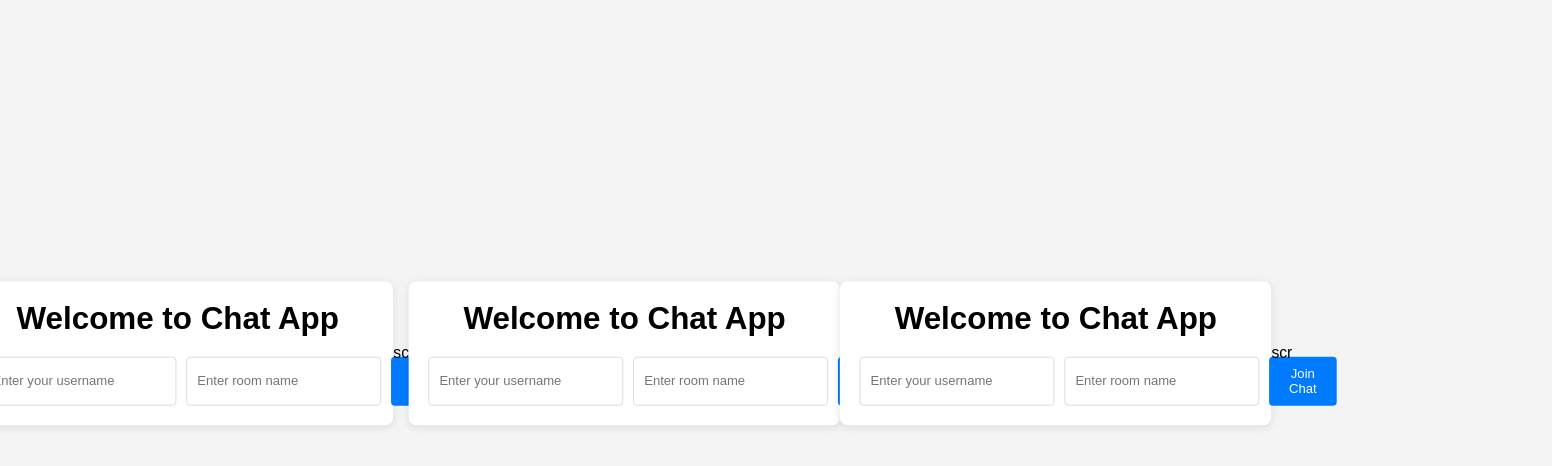
Repository: nikhil-kamboj420/Live-Chat-App
Page: index.html
An editor plug-in stored every save of this project. The page is shown before and after the next save, followed by the edit.
The browser window is 1280 px wide. The page is 1364 px wide, then 1584 px, so the pictures cover 1584 px, including what lies to the right of the window. The pictures show the whole page, at 98% of full size.

Above is the page before, as saved 2024-11-16 16:55:01.
Console error: TypeError: Cannot set properties of null (setting 'innerText')

After the next save:
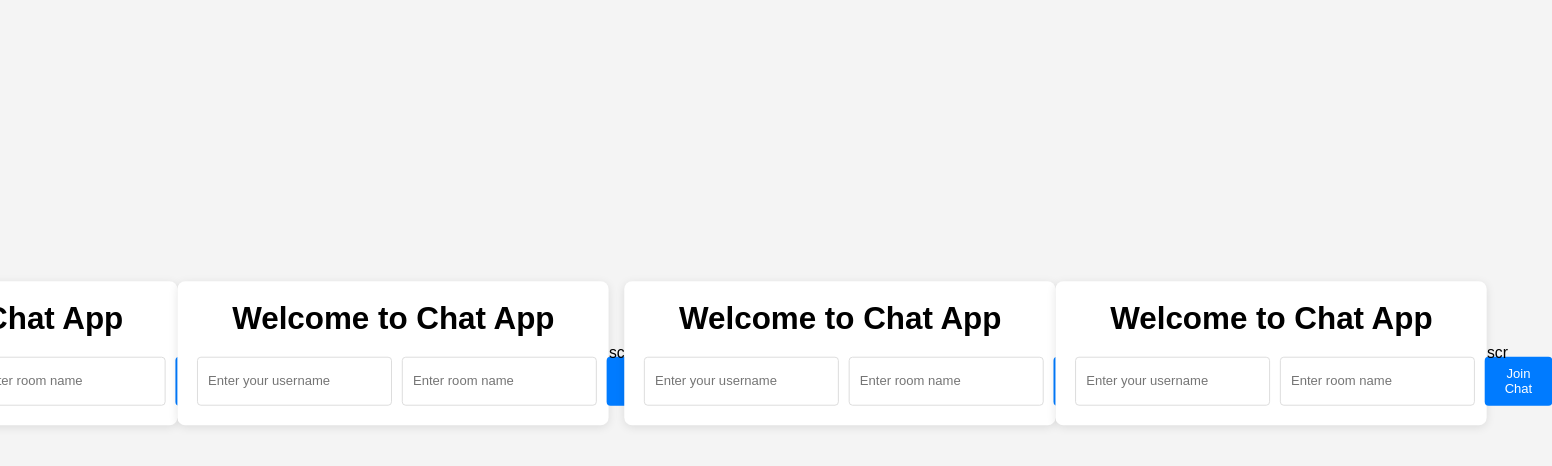
Saved 7 s later.
--- a/index.html
+++ b/index.html
@@ -1,3 +1,32 @@
+<!DOCTYPE html>
+<html lang="en">
+<head>
+  <meta charset="UTF-8">
+  <meta name="viewport" content="width=device-width, initial-scale=1.0">
+  <title>Chat App - Home</title>
+  <link rel="stylesheet" href="style.css">
+</head>
+<body>
+  <div class="container">
+    <h1>Welcome to Chat App</h1>
+    <form id="joinForm">
+      <input type="text" id="username" placeholder="Enter your username" required>
+      <input type="text" id="room" placeholder="Enter room name" required>
+      <button type="submit">Join Chat</button>
+    </form>
+  </div>
+  <script>
+    document.getElementById('joinForm').addEventListener('submit', (e) => {
+      e.preventDefault();
+      const username = document.getElementById('username').value;
+      const room = document.getElementById('room').value;
+      window.location.href = `chat.html?username=${username}&room=${room}`;
+    });
+  </script>
+  <script src="./app.js"></script>
+  <script src="./server.js"></script>
+</body>
+</html>
 <!DOCTYPE html>
 <html lang="en">
 <head>
